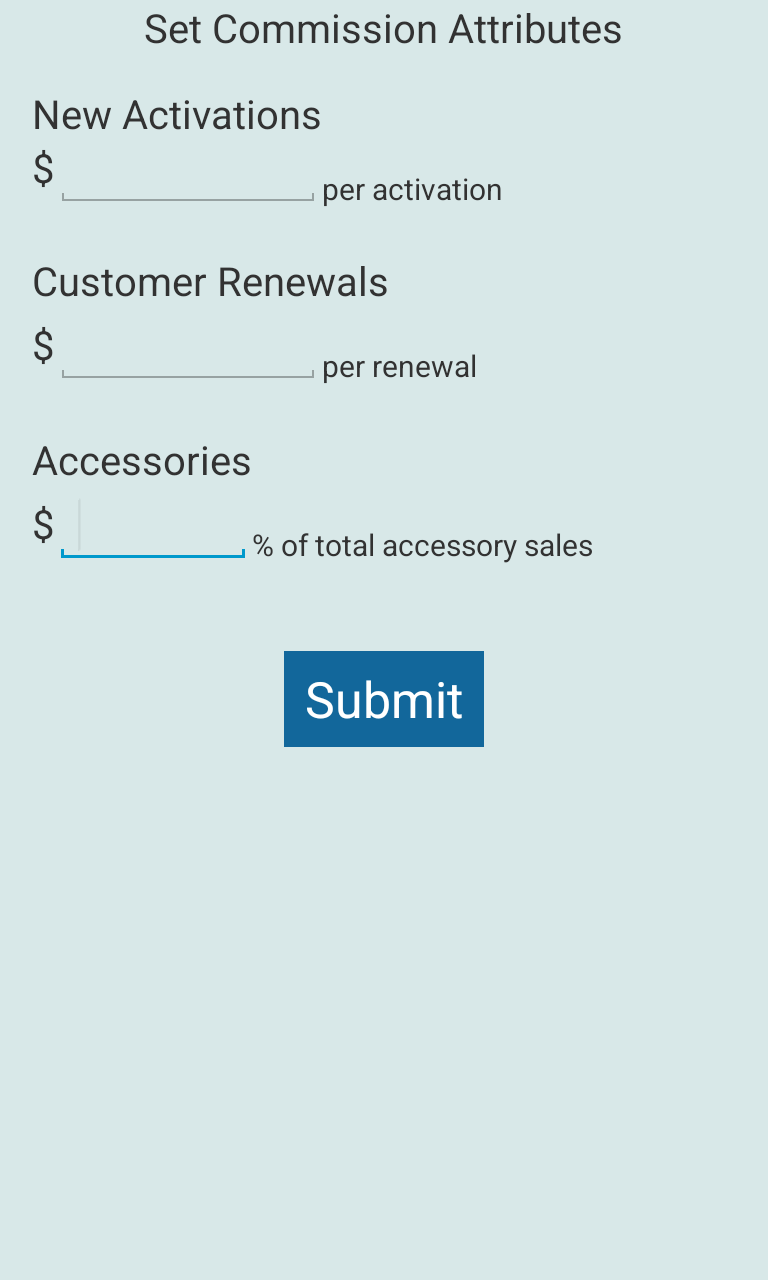
Repository: jemcphe/XCell
Layout: XCell/res/layout/frag_settings.xml
These files come from the project's save history. The layout is drawn as it stood at one moment and after the next save; the edit follows.
It is drawn on a 768 x 1280 px phone screen (xhdpi) without system bars, with theme Theme.Xcell; the app's code is not run.

Above is the layout before, as saved 2013-08-29 05:27:52.

After the next save:
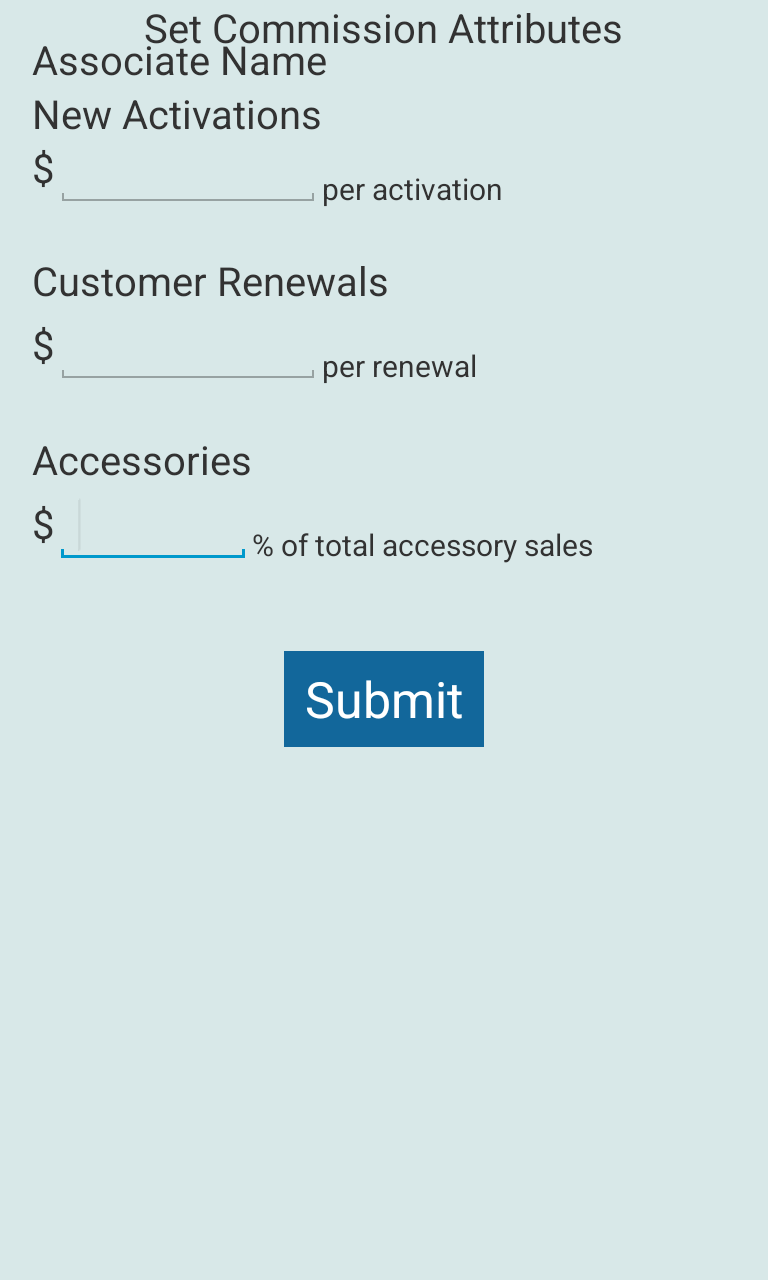
Saved 2 min 7 s later.
--- a/XCell/res/layout/frag_settings.xml
+++ b/XCell/res/layout/frag_settings.xml
@@ -5,6 +5,16 @@
     android:layout_height="match_parent"
     android:background="@color/background_xcell"
     android:orientation="vertical" >
+
+    <TextView
+        android:id="@+id/nameLabel"
+        android:layout_width="wrap_content"
+        android:layout_height="wrap_content"
+        android:layout_alignParentLeft="true"
+        android:layout_marginLeft="16dp"
+        android:layout_marginTop="16dp"
+        android:text="Associate Name"
+        android:textSize="20sp" />
 
     <TextView
         android:id="@+id/newActivationsLabel"
